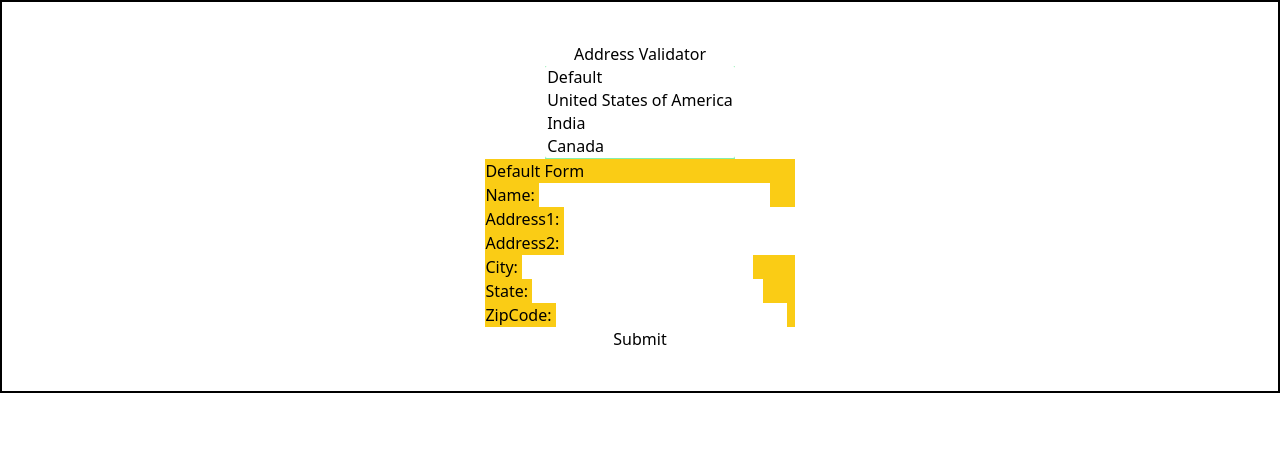
Repository: jay-singhvi/SWArchDesign_TeamProject
Page: / (app in frontend/address-validation/)
The author's editor kept a copy of each file at every save. The page is drawn from the files as they stood at one save, then again after a run of saves.
The browser window is 1280 px wide. The pictures show the whole page.
The project was rebuilt for these pictures with package versions that can differ from the ones it lists, and the page was loaded fresh each time. Also part of the build but not shown: frontend/address-validation/src/App.css.

Above is the page before, as saved 2023-03-07 13:34:03.

### frontend/address-validation/src/App.js

import './App.css';
import React, { useState, setState } from 'react';

// React component for creating and sending POST request
function App() {

  // variables to handle the Request and Response
  const [countryList, setCountryList] = useState("");
  const [formData, setFormData] = useState(null);
  const [responseData, setResponseData] = useState(null);

  // Set of Counries under consideration
  const countries = [
    { name: "Default"},
    { name: "United States of America"},
    { name: "India"},
    { name: "Canada"}
  ];

  // Function to render form based on Countries
  function renderForm() {
    if (countryList.length === 1) {
      console.log(countryList)
        if(countryList.includes("United States of America"))
          return <USAForm setFormData={setFormData} />;
        else if(countryList.includes("India"))
          return <IndiaForm setFormData={setFormData} />;
        else if(countryList.includes("Canada"))
          return <CanadaForm setFormData={setFormData} />;
        else
          return <DefaultForm setFormData={setFormData} />;
    }
    // Renders form for multiple selected countries
    else {
      return <DefaultForm setFormData={setFormData} />
    }
  }

  // Handles selected country and set ths
  function handleSelectedCountry(event) {
    const selectedOptions = Array.from(event.target.selectedOptions);
    const selectedValues = selectedOptions.map(option => option.value);
    setCountryList(selectedValues);
  }

  // Finds address based on the form data
  async function findAddress(event) {
    event.preventDefault();

    // If only one country is selected
    if(countryList.length === 1) {

      //If selected country id default then send country field empty in JSON request
      if(countryList[0] === 'Default')
      {
        countryList[0] = ''
      }
      const updatedFormData = {...formData, "Country": countryList[0]};

      // If form data has Name attribute then search based on name and country
      if(formData !== null && formData.Name !== null){
        try {
          const response = await fetch("http://localhost:5000/api/searchCountriesByClient", {
            method: "POST",
            headers: {
              "Content-Type": "application/json",
            },
            body: JSON.stringify(updatedFormData),
          });

          const data = await response.json();
          setResponseData(data);
        } catch (error) {
          console.error(error);
          setResponseData({ error: "An error occurred" });
        }
      }

      //If name is not mentioned then populate all addresses for that country based on JSON request
      else {
        try {
          const response = await fetch("http://localhost:5000/api/searchCountry", {
            method: "POST",
            headers: {
              "Content-Type": "application/json",
            },
            body: JSON.stringify(updatedFormData),
          });

          const data = await response.json();
          setResponseData(data);
        } catch (error) {
          console.error(error);
          setResponseData({ error: "An error occurred" });
        }
      }
    }
    //If more one country is selected then send the list of countries with JSON request
    else if(countryList.length > 1){
      const updatedFormData = {...formData, "Country": countryList};

      try {
        const response = await fetch("http://localhost:5000//api/searchCountries", {
          method: "POST",
          headers: {
            "Content-Type": "application/json",
          },
          body: JSON.stringify(updatedFormData),
        });

        const data = await response.json();
        setResponseData(data);
      } catch (error) {
        console.error(error);
        setResponseData({ error: "An error occurred" });
      }
    }
    // If only name is mentioned then look for that name in all countries
    else if(formData !== null && formData.Name !== null){
      try {
        const response = await fetch("http://localhost:5000/api/searchCountriesByClient", {
          method: "POST",
          headers: {
            "Content-Type": "application/json",
          },
          body: JSON.stringify(formData),
        });

        const data = await response.json();
        setResponseData(data);
      } catch (error) {
        console.error(error);
        setResponseData({ error: "An error occurred" });
      }
    }
    setFormData({});
  }

  // Give all the options of countries to user for selection
  return (
    <div>
    <div className='  py-10 flex flex-col items-center border-2 border-black '>
      <h1>Address Validator</h1>
      <div className=' bg-green-300'>
        <select multiple value={countryList} onChange={handleSelectedCountry}>
          {countries.map((country) => (
            <option key={country.name} value={country.name}>
              {country.name}
            </option>
          ))}
        </select>
      </div>

      {renderForm()}

      <button type="submit" onClick={findAddress}>
          Submit
        </button>

      {responseData && (
        <div>
          <h2>Post Result:</h2>
          <pre>{JSON.stringify(responseData, null, 2)}</pre>
        </div>
      )}
      </div>
    </div>

  );
}

// React component to render USA specific form
function USAForm({setFormData}) {
  const [formValues, setFormValues] = useState({});
  function updateForm(event) {
    setFormValues({
      ...formValues,
      [event.target.name]: event.target.value,
    });
    setFormData({
      ...formValues,
      [event.target.name]: event.target.value,
    });
  }

  return (
    <div>
      <form>
        <h2>United States Form</h2>
        Name: <input type="text" name="Name" onChange={updateForm} />
        <br/>
        Address1: <input type="text" name="Address1" onChange={updateForm} />
        <br/>
        Address2: <input type="text" name="Address2" onChange={updateForm} />
        <br/>
        City: <input type="text" name="City" onChange={updateForm} />
        <br/>
        State: <input type="text" name="State" onChange={updateForm} />
        <br/>
        ZipCode: <input type="text" name="Zipcode" onChange={updateForm} />
        <br/>
      </form>
    </div>
  );
}

// React component to render Canada specific form
function CanadaForm({setFormData}) {
  const [formValues, setFormValues] = useState({});
  function updateForm(event) {
    setFormValues({
      ...formValues,
      [event.target.name]: event.target.value,
    });
    setFormData({
      ...formValues,
      [event.target.name]: event.target.value,
    });
  }

  return (
    <div>
      <form>
        <h2>Canada Form</h2>
        Name: <input type="text" name="Name" onChange={updateForm} />
        <br/>
        Address1: <input type="text" name="Address1" onChange={updateForm} />
        <br/>
        Address2: <input type="text" name="Address2" onChange={updateForm} />
        <br/>
        City: <input type="text" name="City" onChange={updateForm} />
        <br/>
        Province: <input type="text" name="State" onChange={updateForm} />
        <br/>
        Postalcode: <input type="text" name="ZipCode" onChange={updateForm} />
      </form>
    </div>
  );
}

// React component to render India specific form
function IndiaForm({setFormData}) {
  const [formValues, setFormValues] = useState({});
  function updateForm(event) {
    setFormValues({
      ...formValues,
      [event.target.name]: event.target.value,
    });
    setFormData({
      ...formValues,
      [event.target.name]: event.target.value,
    });
  }

  return (
    <div>
      <form>
        <h2>India Form</h2>
        Name: <input type="text" name="Name" onChange={updateForm} />
        <br/>
        Street Address: <input type="text" name="Address1" onChange={updateForm} />
        <br/>
        Address2: <input type="text" name="Address2" onChange={updateForm} />
        <br/>
        City: <input type="text" name="City" onChange={updateForm} />
        <br/>
        State: <input type="text" name="State" onChange={updateForm} />
        <br/>
        Pincode: <input type="text" name="ZipCode" onChange={updateForm} />
        <br/>
      </form>
    </div>
  );
}

// React component to render default form
function DefaultForm({setFormData}) {

  const [formValues, setFormValues] = useState({});
  function updateForm(event) {
    setFormValues({
      ...formValues,
      [event.target.name]: event.target.value,
    });
    setFormData({
      ...formValues,
      [event.target.name]: event.target.value,
    });
  }

  return (
    <div className='  bg-yellow-400'>
      <h2>Default Form</h2>
        Name: <input type="text" name="Name" onChange={updateForm} />
        <br/>
        Address1: <input type="text" name="Address1" onChange={updateForm} />
        <br/>
        Address2: <input type="text" name="Address2" onChange={updateForm} />
        <br/>
        City: <input type="text" name="City" onChange={updateForm} />
        <br/>
        State: <input type="text" name="State" onChange={updateForm} />
        <br/>
        ZipCode: <input type="text" name="Zipcode" onChange={updateForm} />
        <br/>
    </div>
  );
}

export default App;

Loaded but not shown: frontend/address-validation/public/index.html (common file); frontend/address-validation/src/index.js (common file); frontend/address-validation/src/index.css (common file); frontend/address-validation/src/reportWebVitals.js (common file); frontend/address-validation/tailwind.config.js (common file)

After the next 2 saves:
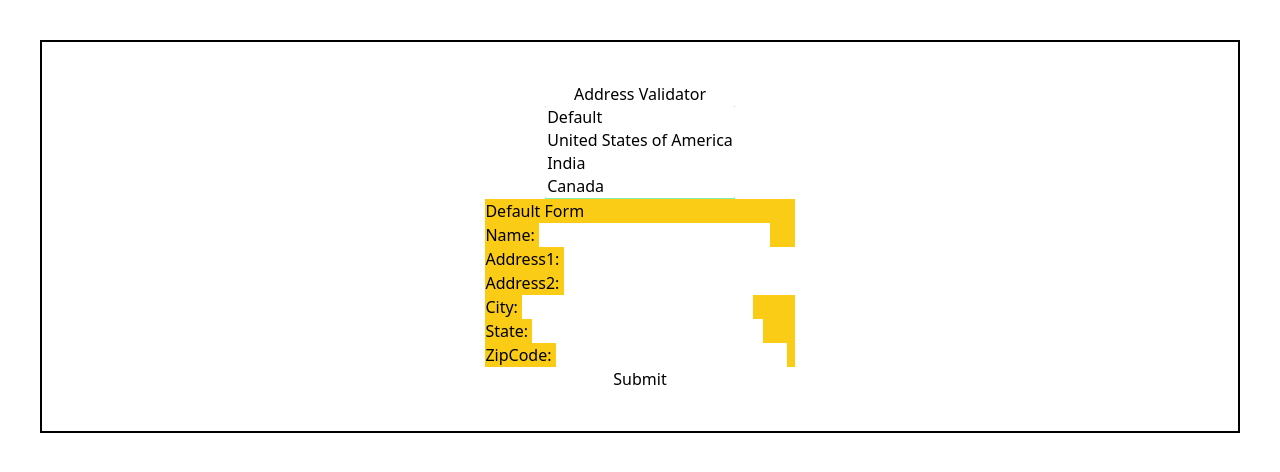
The 2 saves are shown as one change because they came seconds apart.
The last was saved 13 s later.
--- a/frontend/address-validation/src/App.js
+++ b/frontend/address-validation/src/App.js
@@ -139,7 +139,7 @@
 
   // Give all the options of countries to user for selection
   return (
-    <div>
+    <div className=' p-10'>
     <div className='  py-10 flex flex-col items-center border-2 border-black '>
       <h1>Address Validator</h1>
       <div className=' bg-green-300'>

After the save that followed:
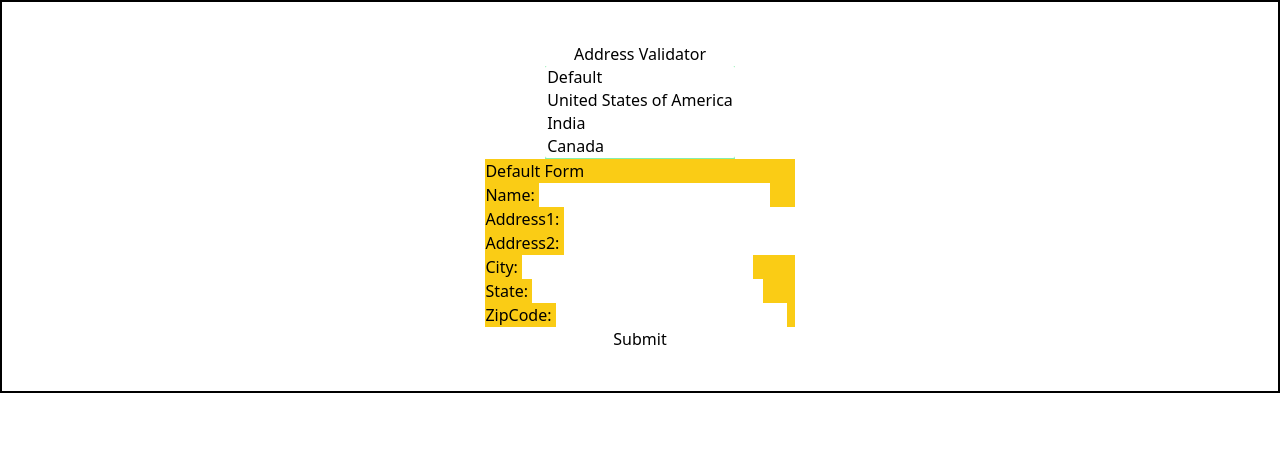
Saved 10 s later.
--- a/frontend/address-validation/src/App.js
+++ b/frontend/address-validation/src/App.js
@@ -139,7 +139,7 @@
 
   // Give all the options of countries to user for selection
   return (
-    <div className=' p-10'>
+    <div className=' items-center'>
     <div className='  py-10 flex flex-col items-center border-2 border-black '>
       <h1>Address Validator</h1>
       <div className=' bg-green-300'>
